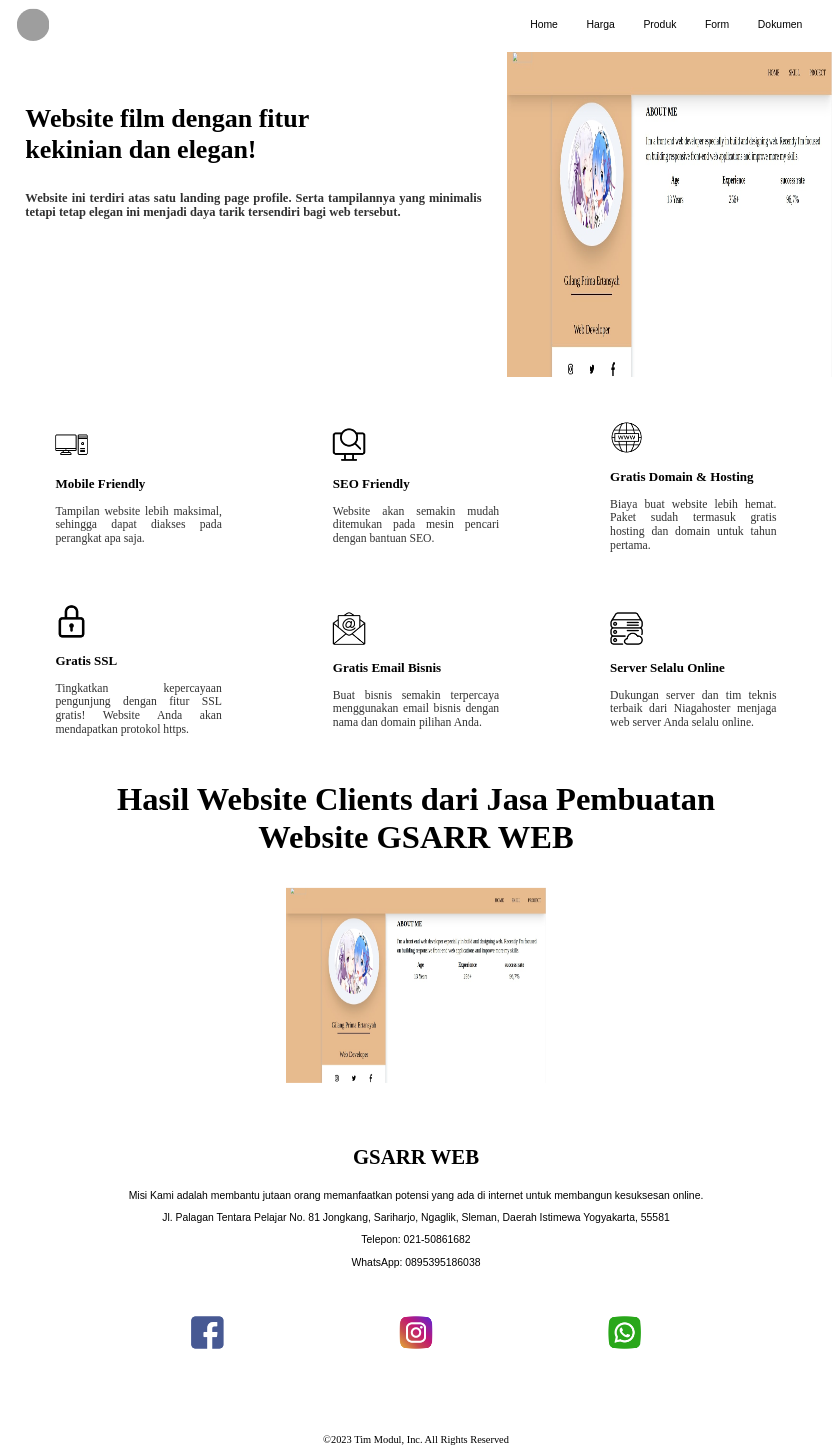
Repository: zecht12/TimModul
Page: JenisWeb/Web4.html
The author's editor kept a copy of each file at every save. The page is drawn from the files as they stood at one save, then again after a run of saves.
The browser window is 1280 px wide. The pictures show the whole page, at 65% of full size.
Pictures or frames that could not be fetched are drawn as grey boxes.

Above is the page before, as saved 2023-04-26 15:17:49.

After the next 3 saves:
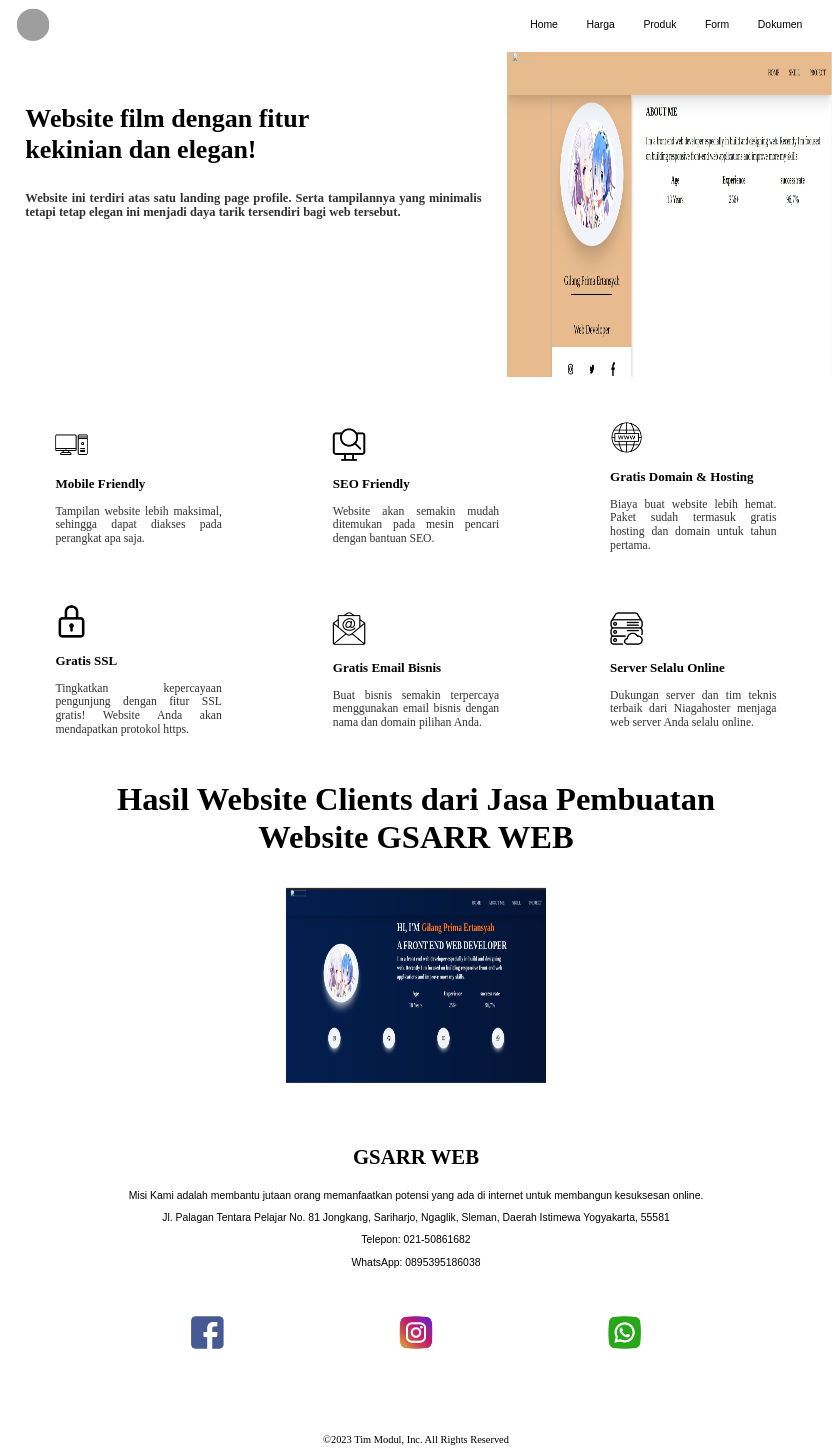
The 3 saves are shown as one change because they came seconds apart.
The last was saved 15 s later.
--- a/JenisWeb/Web4.html
+++ b/JenisWeb/Web4.html
@@ -87,7 +87,7 @@
             </div>
             <div style="display: flex; justify-content: space-around; align-items: center;">
                 <div style="display: flex; justify-content: center; align-items: center;">
-                    <img src="../assets/web2.jpg" alt="logo" width="400px" height="300px">
+                    <img src="../assets/web3.jpg" alt="logo" width="400px" height="300px">
                 </div>
             </div>
         </div>
